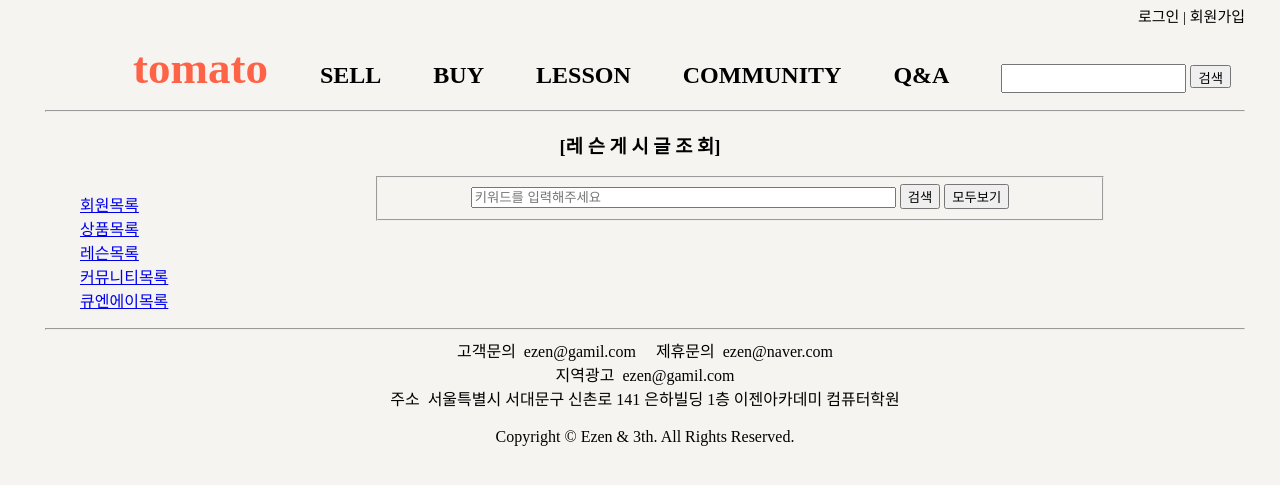
Repository: javadogfoot/semi-project
Page: http://localhost/tomato/admin/lessonList_admin.jsp
An editor plug-in stored every save of this project. The page is shown before and after the next save, followed by the edit.
The browser window is 1280 px wide. The pictures show the whole page.
The page is served by Tomcat 9. Other server files are loaded and not shown.

Above is the page before, as saved 2021-10-18 05:07:16.

### semi프로젝트워크스페이스/tomato/src/main/webapp/admin/lessonList_admin.jsp
<%@ page language="java" contentType="text/html; charset=UTF-8"
    pageEncoding="UTF-8"%>
<%request.setCharacterEncoding("utf-8"); %>
<!DOCTYPE html>
<html>
<head>
<meta charset="UTF-8">
<title>Insert title here</title>
<link rel="stylesheet" type="text/css" href="/tomato/css/mainLayout.css">
<style>
h3{
   text-align: center;
}
li {
   list-style-type: none;
}
h4 {
   text-align: center;
   margin: 0px auto;
}
aside {
	width:200px;
	float:left;
}
fieldset{
	margin: 0px auto;
	width: 700px;
	text-align: center;
}
</style>
<script>
function showListAll(){
	location.href='lessonListAll_admin.jsp';
}
</script>
</head>
<body>
<%@include file="/header.jsp" %>
<section>
      <h3>[레 슨 게 시 글 조 회]</h3>
</section>
<aside>
	<section>
         <ul id="listsix">
         <li><label><a href="memberList_admin.jsp">회원목록</a></label></li>
         <li><label><a href="buyList_admin.jsp">상품목록</a></label></li>
         <li><label><a href="lessonList_admin.jsp">레슨목록</a></label></li>
         <li><label><a href="communityList_admin.jsp">커뮤니티목록</a></label></li>
         <li><label><a href="qnaList_admin.jsp">큐엔에이목록</a></label></li>
         </ul>
	</section>
</aside>
<section>
	<form name="keywordFind" method="post">
	<fieldset>
		<input type="text" name="keyword" placeholder="키워드를 입력해주세요" size="50">
		<input type="submit" value="검색">
		<input type="button" name="listAll" value="모두보기" onclick="showListAll()">
	</fieldset>
	</form>
</section>
<section>
		<%
		if(request.getMethod().equals("GET")){
			%>
			<div></div>
			<%
		}else {
			%>
			<jsp:include page="lessonKeywordFind_ok.jsp"></jsp:include>
			<%
		}
		%>
</section>
<%@include file="/footer.jsp" %>
</body>
</html>

### semi프로젝트워크스페이스/tomato/src/main/webapp/header.jsp
<%@ page language="java" contentType="text/html; charset=UTF-8"
    pageEncoding="UTF-8"%>
<!DOCTYPE html>
<html>
<head>
<meta charset="UTF-8">
<title>Insert title here</title>
</head>
<body>
<header>
<%
String m_id=(String)session.getAttribute("m_id");
String m_name=(String)session.getAttribute("m_name");
if(m_id==null){
	%>
	<div>
	<a href="/tomato/member/login.jsp">로그인</a> | <a href="/tomato/member/join.jsp">회원가입</a>
	</div>
	<%
}else{
	   %>
   <div>
   <%
   if(m_id.equals("admin")){
      %>
      <a href="/tomato/admin/memberList_admin.jsp"><%=m_name %>님 마이페이지</a> |
      <%
   }else{
      %>
      <a href="/tomato/member/mypage.jsp"><%=m_name %>님 마이페이지</a> |
      <%
   }
   %>
   <a href="/tomato/member/logout.jsp">로그아웃</a>
   </div>
   <%
}
%>
<nav>
<ul>
	<li><h1><a href="/tomato/index.jsp">tomato</a></h1></li>
	<li><h2><a href="/tomato/sell/sell.jsp">SELL</a></h2></li>
	<li><h2><a href="/tomato/buy/buyList.jsp?col=s_idx&range=desc">BUY</a></h2></li>
	<li><h2><a href="/tomato/lesson/lessonList.jsp">LESSON</a></h2></li>
	<li><h2><a href="/tomato/community/community.jsp">COMMUNITY</a></h2></li>
	<li><h2><a href="/tomato/qna/qnaList.jsp">Q&A</a></h2></li>
	<li>
		<form name="headerSearch" action="/tomato/buy/headerBuySearch.jsp" style="display: inline;">
			<input type="text" name="searchValue">
			<input type="submit" value="검색">
		</form>
	</li>
</ul>
</nav>
<hr/>
</header>
</body>
</html>

### semi프로젝트워크스페이스/tomato/src/main/webapp/footer.jsp
<%@ page language="java" contentType="text/html; charset=UTF-8"
    pageEncoding="UTF-8"%>
<!DOCTYPE html>
<html>
<head>
<meta charset="UTF-8">
<title>Insert title here</title>
</head>
<body>
<footer>
<hr/>
<div>
고객문의&nbsp;&nbsp;ezen@gamil.com &nbsp;&nbsp;&nbsp;&nbsp;제휴문의&nbsp;&nbsp;ezen@naver.com
<br/>
지역광고&nbsp;&nbsp;ezen@gamil.com
<br/>
주소&nbsp;&nbsp;서울특별시 서대문구 신촌로 141 은하빌딩 1층 이젠아카데미 컴퓨터학원
</div>
<br/>
<div>Copyright &copy; Ezen & 3th. All Rights Reserved.</div>
</footer>
</body>
</html>

### semi프로젝트워크스페이스/tomato/src/main/webapp/css/mainLayout.css
@charset "UTF-8";
body{
   background-color: #f5f4f0;
   margin: 5px auto;
   width: 1200px;
}
header{
   width: 1200px;
   margin: 5px;
}
header div{
   text-align: right;
   font-size: 15px;
}
header div a{
   color: black;
   text-decoration: none;
}
header div a:hover{
   color: black;
   text-decoration: underline;
}
h1{
   font-size: 45px;
   color: tomato;
   display: inline;
}
h1 a{
   text-decoration: none;
   color: tomato;
}
h2{
   color: black;
   display: inline;
}
h2 a{
   text-decoration: none;
   color: black;
}
header nav li{
   list-style-type: none;
   display: inline;
   color: black;
   margin-left: 48px;
}
header input{

   height: 23px;
}
section{
   width: 1200px;
}
footer{
   width: 1200px;
   clear: both;
   margin: 5px;
   text-align: center;
}

After the next save:
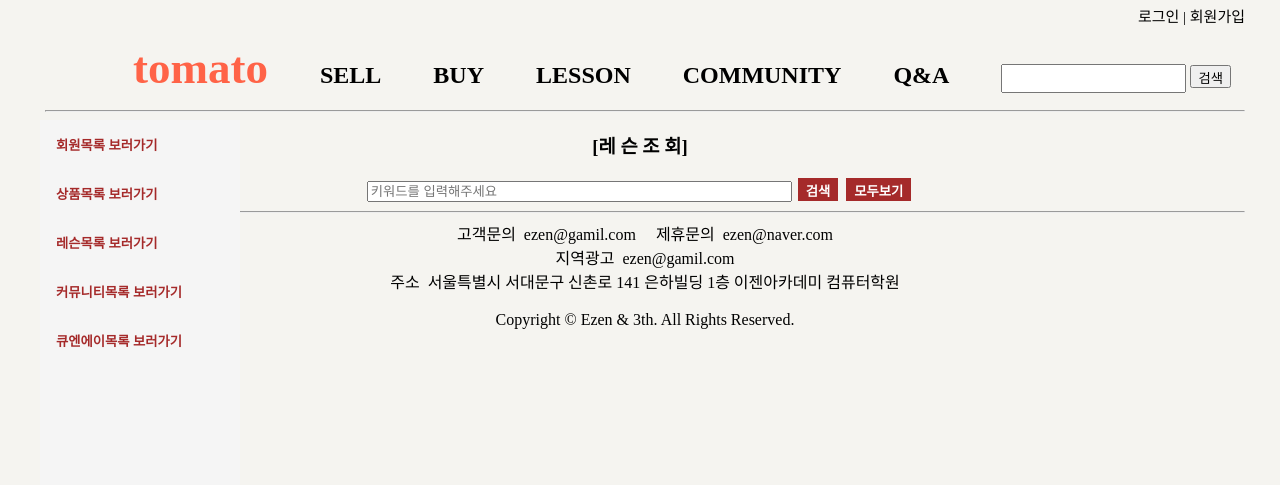
Saved 6 min 30 s later.
--- a/semi프로젝트워크스페이스/tomato/src/main/webapp/admin/lessonList_admin.jsp
+++ b/semi프로젝트워크스페이스/tomato/src/main/webapp/admin/lessonList_admin.jsp
@@ -1,6 +1,5 @@
 <%@ page language="java" contentType="text/html; charset=UTF-8"
     pageEncoding="UTF-8"%>
-<%request.setCharacterEncoding("utf-8"); %>
 <!DOCTYPE html>
 <html>
 <head>
@@ -8,6 +7,46 @@
 <title>Insert title here</title>
 <link rel="stylesheet" type="text/css" href="/tomato/css/mainLayout.css">
 <style>
+#joinbtn1{
+   background-color: brown;
+   color: white;
+   font-weight: bold;
+   height:23px;
+   border: none;
+   margin:2px;
+   border: 2px solid brown;
+}
+#joinbtn1:hover{
+
+   background: #f5f4f0;
+   color: brown;
+   font-weight: bold;
+   height:23px;
+   border: none;
+   margin:2px;
+}
+.sidebar {
+font-size : 3px;
+font-weight : bold;
+height: 500px;
+width: 200px;
+color: #999;
+background: #f5f5f5;
+}
+.sidebar a {
+padding: 15px 16px 15px 16px;
+text-decoration: none;
+font-size: 10pt;
+color: brown;
+display: block;
+border: 1px bold tomato;
+}
+.sidebar a:hover {
+color: tomato;
+}
+form {
+   text-align : center;
+}
 h3{
    text-align: center;
 }
@@ -19,58 +58,45 @@ h4 {
    margin: 0px auto;
 }
 aside {
-	width:200px;
-	float:left;
+   width:200px;
+   float:left;
 }
 fieldset{
-	margin: 0px auto;
-	width: 700px;
-	text-align: center;
+   margin: 0px auto;
+   width: 700px;
+   text-align: center;
 }
 </style>
 <script>
 function showListAll(){
-	location.href='lessonListAll_admin.jsp';
+   location.href='lessonListAll_admin.jsp';
 }
 </script>
 </head>
 <body>
 <%@include file="/header.jsp" %>
-<section>
-      <h3>[레 슨 게 시 글 조 회]</h3>
-</section>
 <aside>
-	<section>
-         <ul id="listsix">
-         <li><label><a href="memberList_admin.jsp">회원목록</a></label></li>
-         <li><label><a href="buyList_admin.jsp">상품목록</a></label></li>
-         <li><label><a href="lessonList_admin.jsp">레슨목록</a></label></li>
-         <li><label><a href="communityList_admin.jsp">커뮤니티목록</a></label></li>
-         <li><label><a href="qnaList_admin.jsp">큐엔에이목록</a></label></li>
-         </ul>
-	</section>
+<div class="sidebar" style="position:absolute;">
+<div></div><a href="memberList_admin.jsp">회원목록 보러가기</a>
+<div></div><a href="buyList_admin.jsp">상품목록 보러가기</a>
+<div></div><a href="lessonList_admin.jsp">레슨목록 보러가기</a>
+<div></div><a href="communityList_admin.jsp">커뮤니티목록 보러가기</a>
+<div></div><a href="qnaList_admin.jsp">큐엔에이목록 보러가기</a>
+</div>
 </aside>
 <section>
-	<form name="keywordFind" method="post">
-	<fieldset>
-		<input type="text" name="keyword" placeholder="키워드를 입력해주세요" size="50">
-		<input type="submit" value="검색">
-		<input type="button" name="listAll" value="모두보기" onclick="showListAll()">
-	</fieldset>
-	</form>
+      <h3>[레 슨 조 회]</h3>
+</section>
+
+<section>
+   <form name="listAll" method="post">
+      <input type="text" name="keyword" placeholder="키워드를 입력해주세요" size="50">
+      <input type="button" name="keywordSearch" value="검색" id="joinbtn1" onclick="showList()">
+      <input type="button" name="listAll" value="모두보기" id="joinbtn1" onclick="showListAll()">
+   </form>
 </section>
 <section>
-		<%
-		if(request.getMethod().equals("GET")){
-			%>
-			<div></div>
-			<%
-		}else {
-			%>
-			<jsp:include page="lessonKeywordFind_ok.jsp"></jsp:include>
-			<%
-		}
-		%>
+
 </section>
 <%@include file="/footer.jsp" %>
 </body>
